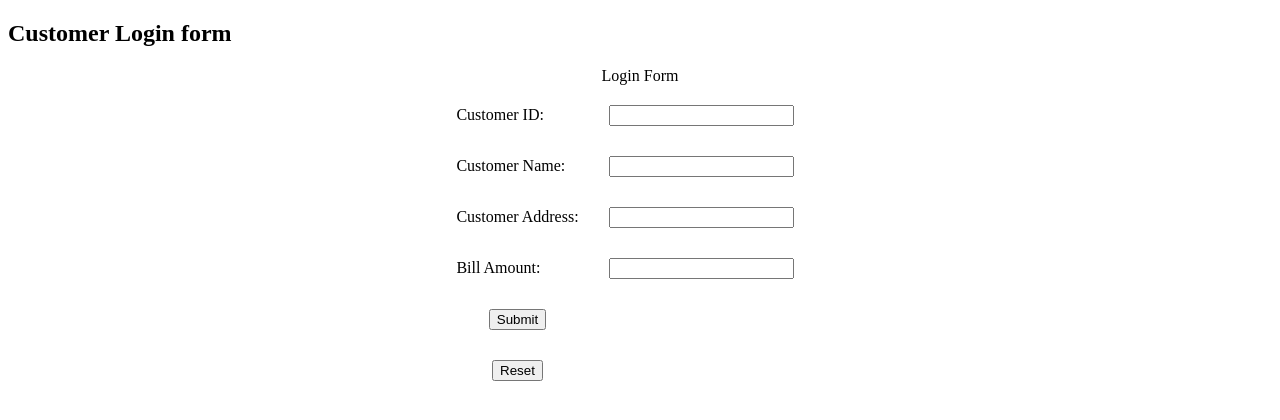
Repository: abhishek110597/Deloitte
Page: Workspace/JavaTraining/CustomerForm.html
An editor plug-in stored every save of this project. The page is shown before and after the next save, followed by the edit.
The browser window is 1280 px wide. The pictures show the whole page.

Above is the page before, as saved 2019-12-30 11:07:26.

After the next save:
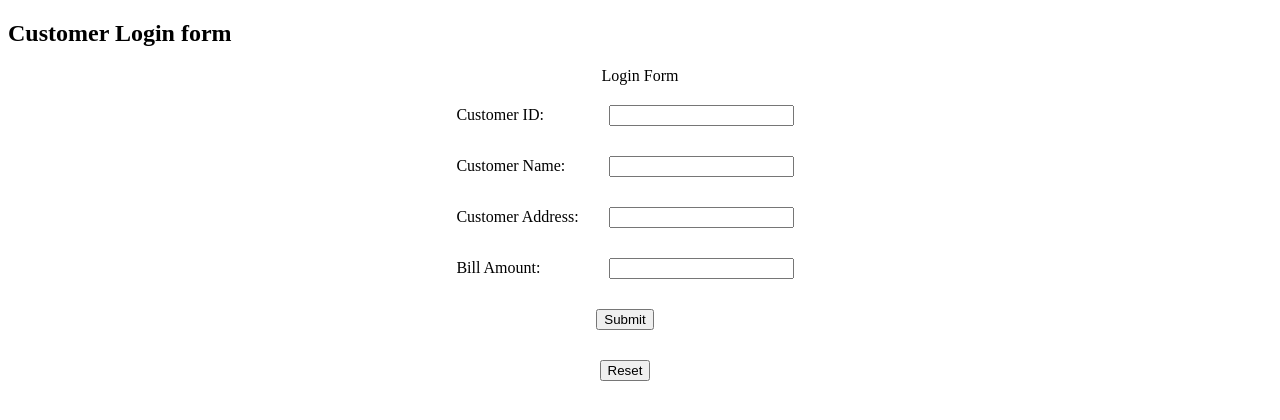
Saved 17 min 57 s later.
--- a/Workspace/JavaTraining/CustomerForm.html
+++ b/Workspace/JavaTraining/CustomerForm.html
@@ -75,6 +75,8 @@
 				<td>Customer ID:</td>
 				<td><input type="text" name="customerId" id="customerId" /></td>
 				<td><span id="errorCustomerId"></span></td>
+
+
 			</tr>
 			<tr>
 				<td>Customer Name:</td>
@@ -93,11 +95,11 @@
 				<td><span id="errorbillAmount"></span></td>
 			</tr>
 			<tr>
-				<td align="center"><input type="submit" value="Submit"
+				<td colspan="2" align="center"><input type="submit" value="Submit"
 					id="Go" onclick="validate()"/></td>
 			</tr>
 			<tr>
-				<td align="center"><input type="reset" id="reset" /></td>
+				<td colspan="2" align="center"><input type="reset" id="reset" /></td>
 			</tr>
 		</table>
 		<div id=display align="center"></div>
